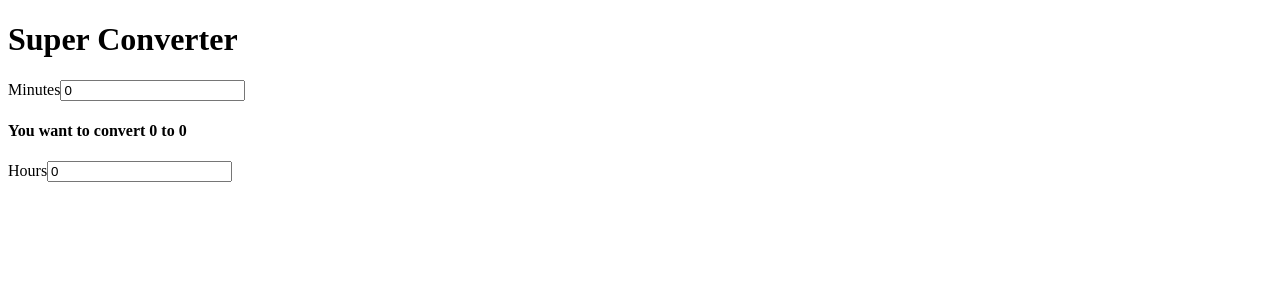
Repository: TaewookKwak/React
Page: index.html
The author's editor kept a copy of each file at every save. The page is drawn from the files as they stood at one save, then again after a run of saves.
The browser window is 1280 px wide. The pictures show the whole page.

Above is the page before, as saved 2021-12-14 22:16:55.

After the next 2 saves:
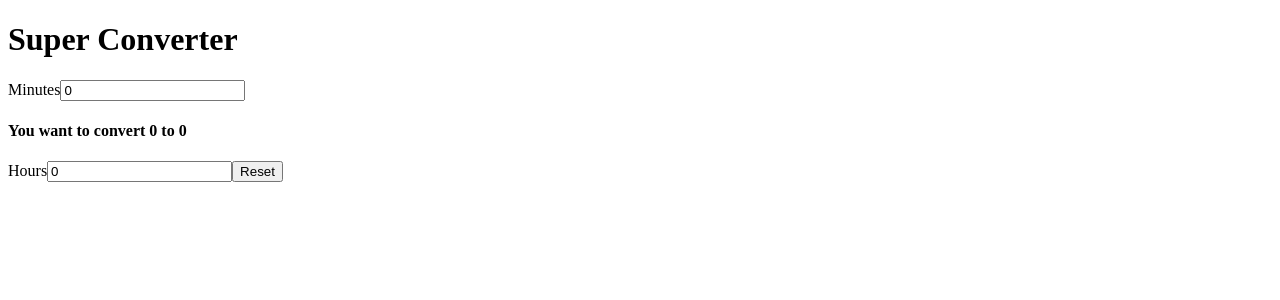
The 2 saves are shown as one change because they came seconds apart.
The last was saved 6 min 48 s later.
--- a/index.html
+++ b/index.html
@@ -12,6 +12,9 @@
       const [minutes, setMinutes] = React.useState(0);
       const onChange = event => {
         setMinutes(event.target.value);
+      };
+      const resetMinute = () => {
+        setMinutes(0);
       };
       return (
         <div>
@@ -35,6 +38,7 @@
             type="number"
             value={minutes / 60}
           />
+          <button onClick={resetMinute}>Reset</button>
         </div>
       );
     }
